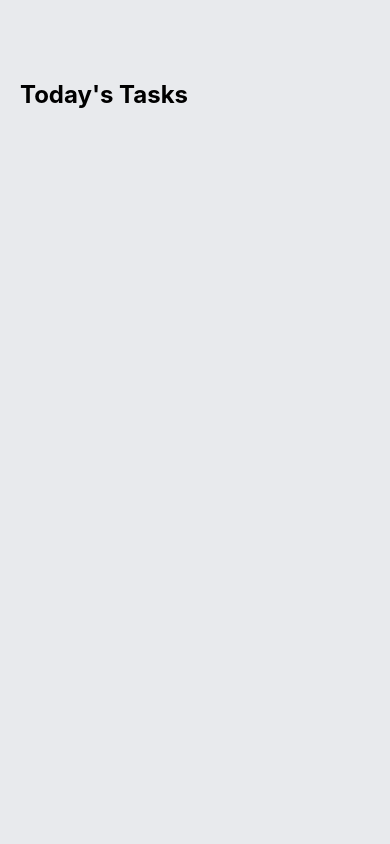
Repository: NT912/TodoList
Screen: /
An editor plug-in stored every save of this project. The screen is shown before and after the next save, followed by the edit.
The app was drawn by React Native's web renderer in a window 390 px wide. The project was rebuilt for these pictures with package versions that can differ from the ones it lists, and the page was loaded fresh each time.

Above is the screen before, as saved 2022-04-16 16:47:50.

### App.js
import { StatusBar } from "expo-status-bar";
import { StyleSheet, Text, View } from "react-native";
import Task from "./components/Task";

export default function App() {
  return (
    <View style={styles.container}>
      {/* Today's Tasks */}
      <View style={styles.tasksWrapper}>
        <Text style={styles.sectionTitle}>Today's Tasks</Text>
        <View style={styles.items}>{/* This is the task will go */}</View>
      </View>
    </View>
  );
}

const styles = StyleSheet.create({
  container: {
    flex: 1,
    backgroundColor: "#E8EAED",
  },
  tasksWrapper: {
    paddingTop: 80,
    paddingHorizontal: 20,
  },
  sectionTitle: {
    fontSize: 24,
    fontWeight: "bold",
  },
  items: {},
});

### components/Task.js
import React from "react";
import { View, Text, StyleSheet } from "react-native";

const Task = (props) => {
  return (
    <View style={styles.item}>
      <View style={styles.itemleft}>
        <View style={styles.quare}></View>
        <Text style={styles.itemText}>{props.Text}</Text>
      </View>
      <View style={styles.cirular}></View>
    </View>
  );
};

const styles = StyleSheet.create({
  item: {
    backgroundColor: "#FFF",
    padding: 15,
    borderRadius: 10,
    flexDirection: "row",
    alignItems: "center",
    justifyContent: "space-between",
    marginBottom: 20,
  },
  itemleft: {
    flexDirection: "row",
    alignItems: "center",
    flexWrap: "wrap",
  },
  quare: {
    width: 24,
    height: 24,
    backgroundColor: "#55BCF6",
    opacity: 0.4,
    borderRadius: 5,
    marginRight: 15,
  },
  itemText: {
    maxWidth: "80%",
  },
  cirular: {
    width: 12,
    height: 12,
    borderColor: "#55BCF6",
    borderWidth: 2,
    borderRadius: 5,
  },
});

export default Task;

After the next save:
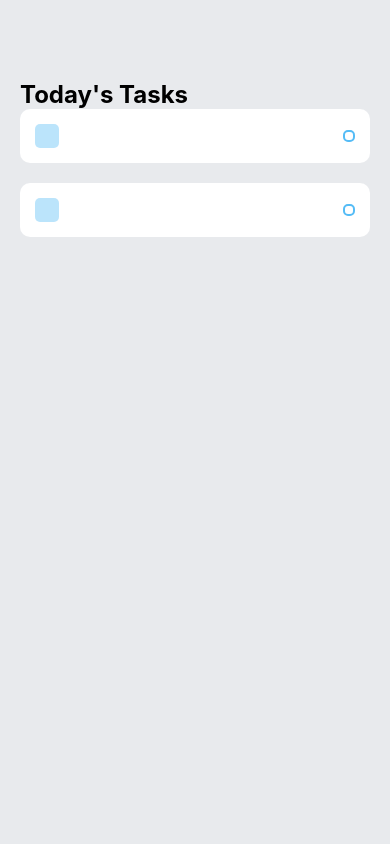
Saved 62 s later.
--- a/App.js
+++ b/App.js
@@ -8,7 +8,11 @@ export default function App() {
       {/* Today's Tasks */}
       <View style={styles.tasksWrapper}>
         <Text style={styles.sectionTitle}>Today's Tasks</Text>
-        <View style={styles.items}>{/* This is the task will go */}</View>
+        <View style={styles.items}>
+          {/* This is the task will go */}
+          <Task text={"task 1"} />
+          <Task text={"task 2"} />
+        </View>
       </View>
     </View>
   );
